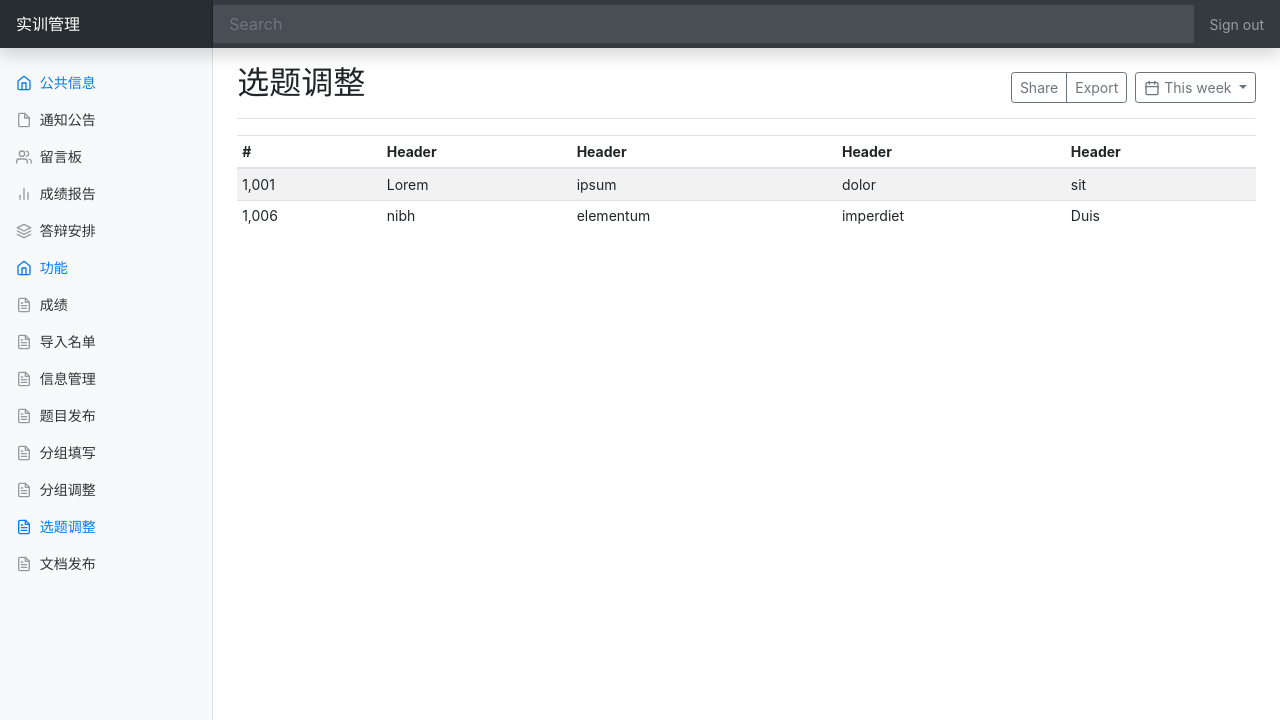
Repository: Kong-T/Practical-training
Page: Administrator/html/index_topic_admin.html
The author's editor kept a copy of each file at every save. The page is drawn from the files as they stood at one save, then again after the next save.
The browser window is 1280 px wide. The pictures show the whole page.
The page's requests for data from a server got no answer. Some web libraries are served in a nearby version.

Above is the page before, as saved 2020-12-14 11:06:56.
Console error: TypeError: Cannot read properties of null (reading 'length')

After the next save:
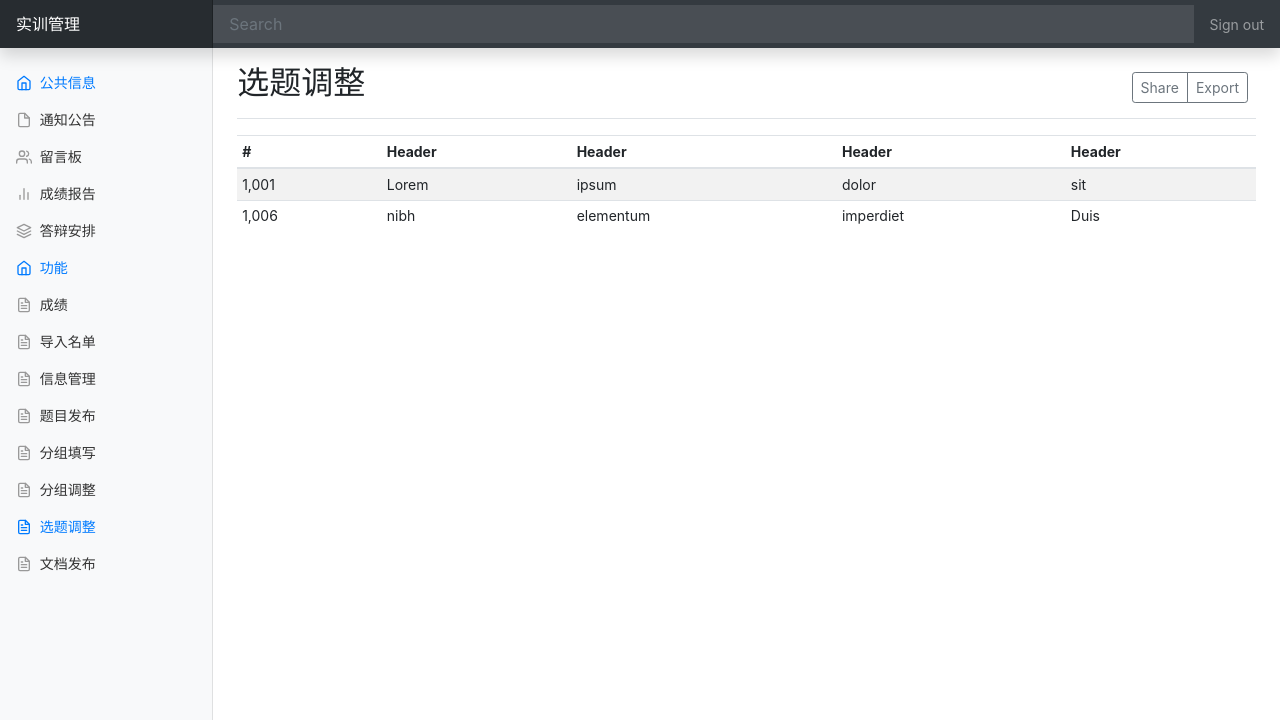
Saved 9 s later.
--- a/Administrator/html/index_topic_admin.html
+++ b/Administrator/html/index_topic_admin.html
@@ -160,10 +160,10 @@
             <button type="bustton" class="btn btn-sm btn-outline-secondary">Share</button>
             <button type="button" class="btn btn-sm btn-outline-secondary">Export</button>
           </div>
-          <button type="button" class="btn btn-sm btn-outline-secondary dropdown-toggle">
+          <!-- <button type="button" class="btn btn-sm btn-outline-secondary dropdown-toggle">
             <span data-feather="calendar"></span>
             This week
-          </button>
+          </button> -->
         </div>
       </div>
 
